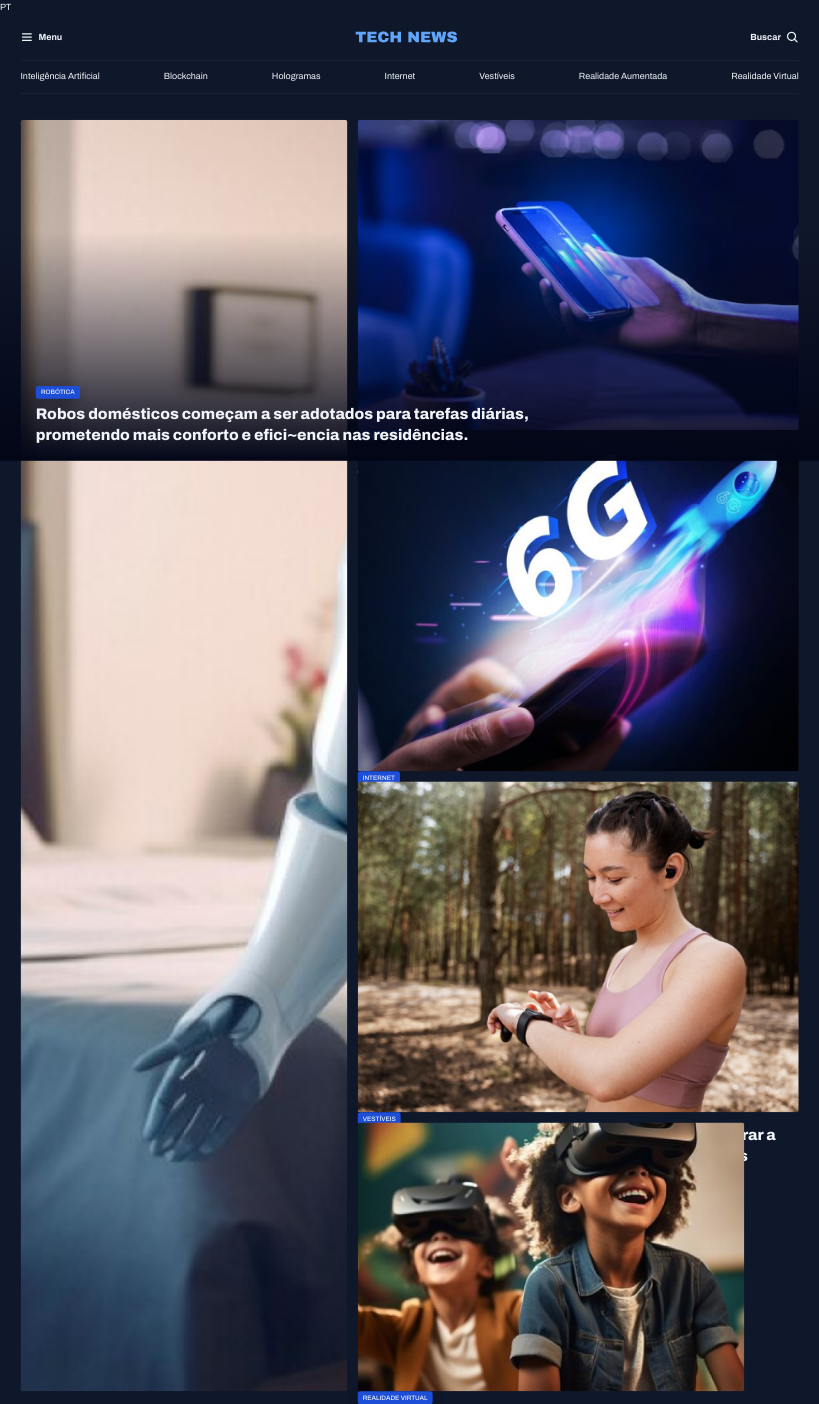
Repository: JeffRodFer/portalDeNoticias
Page: index.html
An editor plug-in stored every save of this project. The page is shown before and after the next save, followed by the edit.
The browser window is 1280 px wide. The pictures show the whole page, at 64% of full size.

Above is the page before, as saved 2025-04-15 22:01:08.

### index.html
PT<!DOCTYPE html>
<html lang="pt-BR">
  <head>
    <link rel="preconnect" href="https://fonts.googleapis.com">
  <link rel="preconnect" href="https://fonts.gstatic.com" crossorigin>
  <meta charset="UTF-8">
  <meta name="viewport" content="width=device-width, initial-scale=1.0">
  <title>Portal de Notícias</title>
  <link rel="stylesheet" href="styles/index.css">

  <link href="https://fonts.googleapis.com/css2?family=Archivo:ital,wght@0,100..900;1,100..900&family=Bree+Serif&family=Poppins:wght@400;700&display=swap" rel="stylesheet">

</head>
<body>
  <header class="container">
    <nav id="primary" class="grid grid-flow-col">
      <div>
        <img src="assets/icons/List.svg" alt="ícone de menu">
        <strong>Menu</strong>
      </div>
        <div>
          <img src="assets/Logo (1).svg" alt="TechNews logo">
        </div>
        <div>
          <strong>Buscar</strong>
          <img src="assets/icons/MagnifyingGlass.svg" alt="ícone de lupa para pesquisa">
        </div>
    </nav>
    <nav id="secondary" class="grid grid-flow-col">
      <a href="#">Inteligência Artificial</a>
      <a href="#">Blockchain</a>
      <a href="#">Hologramas</a>
      <a href="#">Internet</a>
      <a href="#">Vestíveis</a>
      <a href="#">Realidade Aumentada</a>
      <a href="#">Realidade Virtual</a>
    </nav>
  </header>
  <main class="grid container">
    <section id="featured" class="grid grid-flow-col gap-16">
      <figure class="card">
        <img src="assets/images/Image 01.png" alt="">

        <figcaption>
          <span class="content-tag">robótica</span>
          <h2 class="text-2xl">
            Robos domésticos começam a ser adotados para tarefas diárias, <br> prometendo mais conforto e efici~encia nas residências.
          </h2>
        </figcaption>
      </figure>
      <div class="grid grid cols-2 gap-16">
        <figure>
          <img src="assets/images/Image 02.png" alt="Novo Smartphone Projetor 3D chega ao mercado, transformando a forma como vemos as nossas telas!">

          <figcaption>
            <span class="content-tag">Hologramas</span>
            <h2 class="text-2xl">
              Novo Smartphone Projetor 3D chega ao mercado, transformando a forma como vemos as nossas telas!
            </h2>
          </figcaption>
        </figure>
        <figure>
          <img src="assets/images/Image 03.png" alt="">

          <figcaption>
            <span class="content-tag">Internet</span>
            <h2 class="text-2xl">
            Tecnologia 3D chega as metropoles brasileiras, prometendo revolucionar a forma como vivemos e nos comunicamos.
            </h2>
          </figcaption>
      </figure>
        <figure>
          <img src="assets/images/Image 04.png" alt="">

          <figcaption>
            <span class="content-tag">Vestíveis</span>
            <h2 class="text-2xl">
            Empresa lança relógio inteligente capaz de monitorar a saúde mental, oferecendo insights valiosos para os médicos.
            </h2>
          </figcaption>
        </figure>
        <figure>
          <img src="assets/images/Image 05.png" alt="">

          <figcaption>
            <span class="content-tag">Realidade Virtual</span>
            <h2 class="text-2xl">

            </h2>
          </figcaption>
        </figure>
      </div>
    </section>
  </main>
</body>
</html>

### styles/global.css
* {
  margin: 0;
  padding: 0;
  box-sizing: border-box;
}

:root {
  --brand-color-light: #60a5fa ;
  --brand-color-dark: #1d4ed8;
  --bg-color: #0f172a;
  --stroke-color: #1e293b;
  --text-color-primary: #f1f5f9;
  --text-color-secondary: #cbd5e1;

  --font-family: 'Archivo', sans-serif;
  --h1: 800 24px/135% var(--font-family);
  --h2: 800 16px/140% var(--font-family);
  --h3: 800 14px/140% var(--font-family);
  --text-span: 400 16px/140% var(--font-family);
  --text: 400 14px/160% var(--font-family);

}

body {
  font: var(--text);
  color: var(--text-color-primary);
  background-color: var(--bg-color);
}

a {
  text-decoration: none;
  color: inherit;
}

a:hover {
  color: var(--brand-color-light);
}

h1,h2,h3 {
  font:inherit;
}

img {
  max-width: 100%;
}

.container {
  max-width: 1280px;
  padding-inline: 32px;
  margin-inline: auto;
}
main {
  margin-top: 40px ;
}
.content-tag {
  display: inline-block;
  background-color: var(--brand-color-dark);
  padding: 4px 8px;
  border-radius: 4px;
  font: 500 10px/1.2 var(--font-family);
  text-transform: uppercase;
  color: var(--text-color-primary);
  box-shadow: 0px 4px 16px rgba(2, 3, 23, 0.251);
}

### styles/utility.css
/* utility-first */
.grid {
  display: grid;
}
.grid-flow-col {
  grid-auto-flow: column;
}

.grid-cols-2 {
  grid-template-columns: 1fr 1fr;
}

.gap-16 {
  gap: 16px;
}

.text-2xl {
  font: var(--h1);
}
.text-2x {
  font: var(--h2);
}
.text-lg {
  font: var(--h3);
}
.text-sm {
  font: var(--text-sm);
}

### styles/header.css
#primary {
  padding-block: 20px;

  div {
    display: flex;
    align-items: center;
    gap: 8px;
  }

  /* nesting css */
  div:nth-child(2) {
    margin-inline: auto;
}
div:nth-child(3) {
  justify-self: end;
}
}
#secondary {
  padding-block: 14px;
  border: solid 1px var(--stroke-color);
  border-inline: none;
  justify-content: space-between;
}

### styles/sections.css
#featured {
  img {
    height: 100%;
    object-fit: cover;
    border-radius: 4px;
  }
.card {
  border-radius: 4px;
  overflow: hidden;
  object-fit: relative;

  &::before {
   content: "";
   position: absolute;
   inset: 0;
   top: 50%;
   background: linear-gradient(
    180deg,
    transparent 0%,
    #020617 100%
   );
  }
  figcaption {
    position: absolute;
    bottom: 0;

    padding: 24px;

    h2 {
      margin-top: 8px;
    }
  }
}
}

Loaded but not shown: styles/index.css (common file)

After the next save:
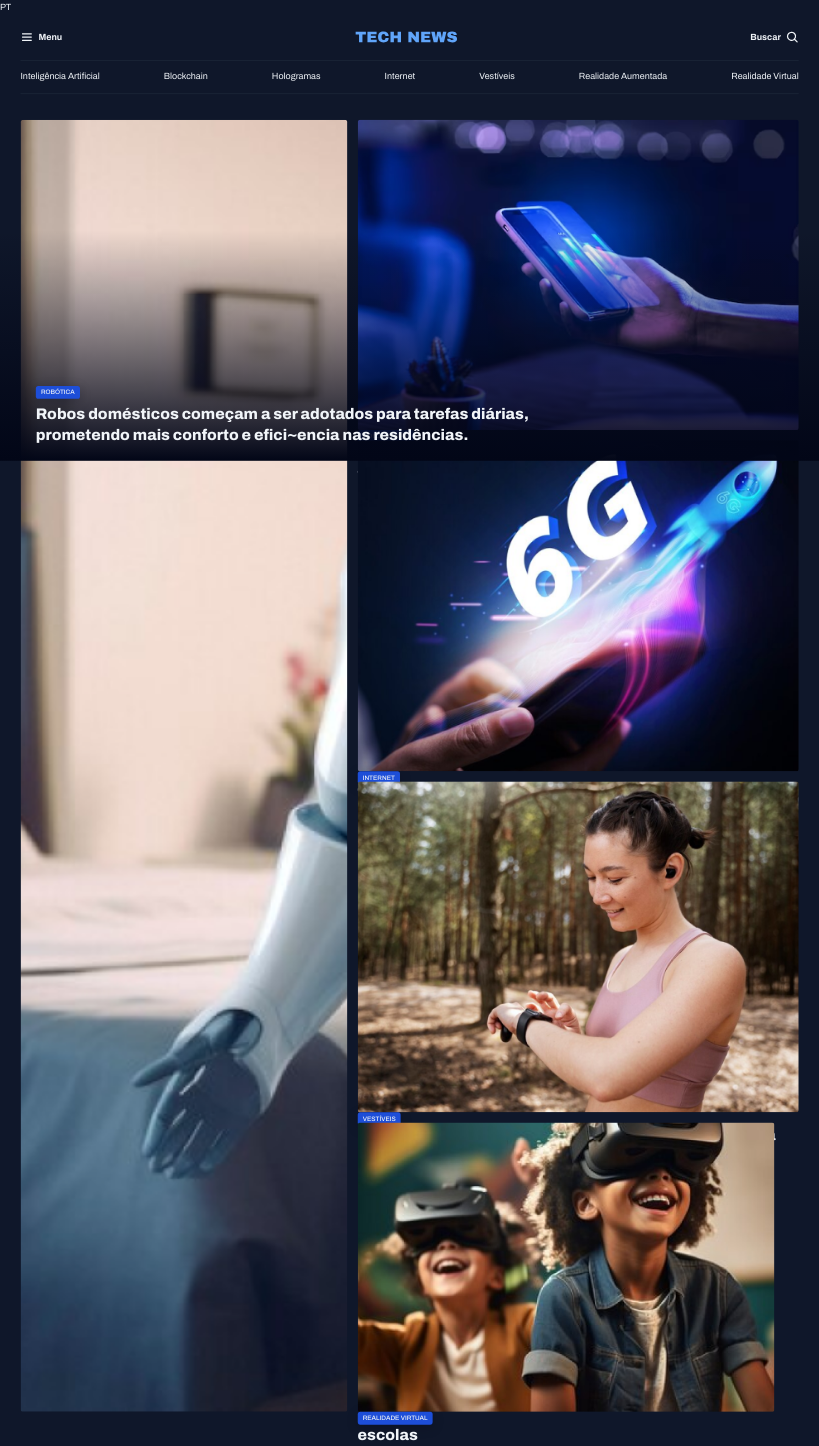
Saved 13 s later.
--- a/index.html
+++ b/index.html
@@ -85,7 +85,7 @@
           <figcaption>
             <span class="content-tag">Realidade Virtual</span>
             <h2 class="text-2xl">
-
+            escolas
             </h2>
           </figcaption>
         </figure>

After the save that followed:
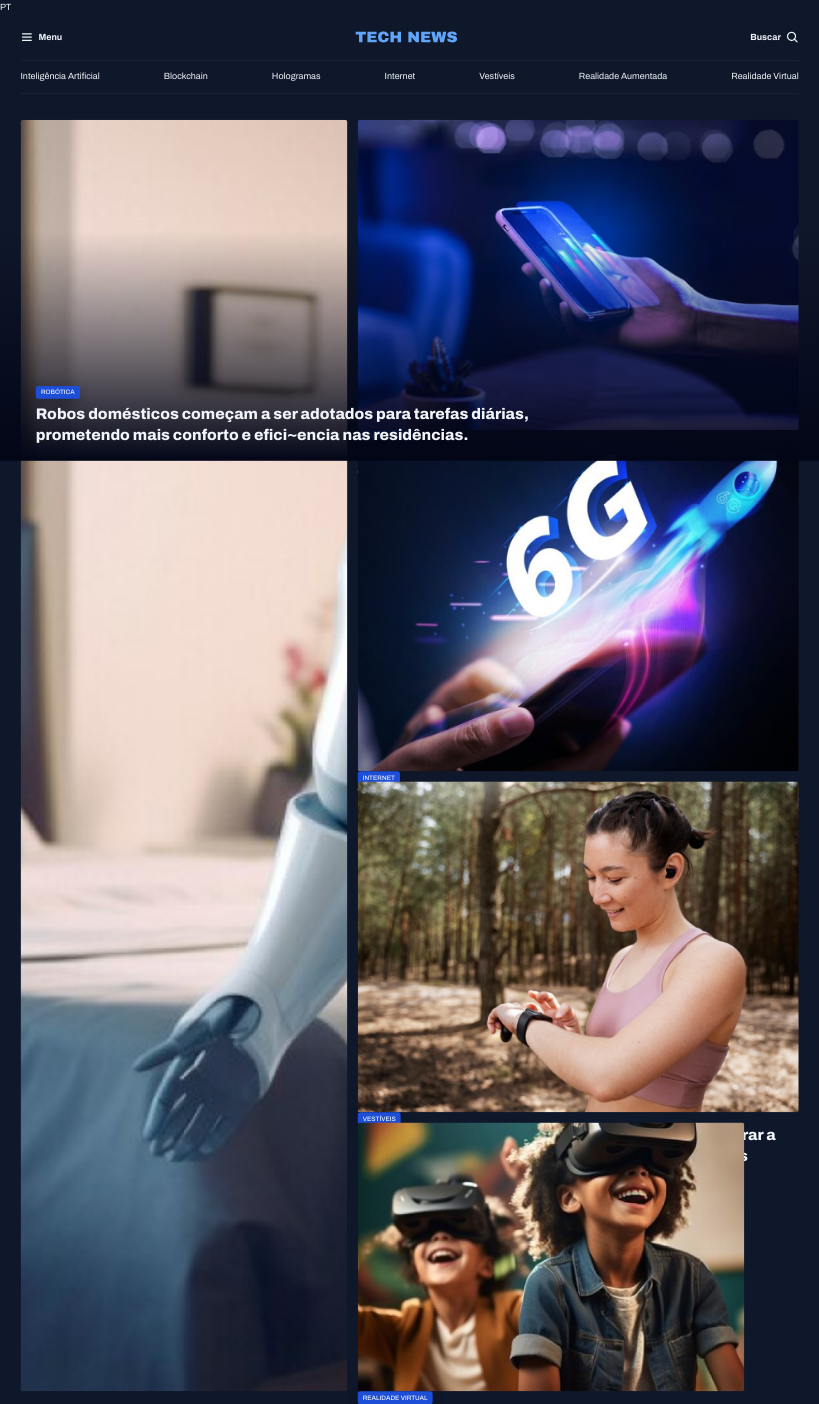
Saved 5 s later.
--- a/index.html
+++ b/index.html
@@ -85,7 +85,7 @@
           <figcaption>
             <span class="content-tag">Realidade Virtual</span>
             <h2 class="text-2xl">
-            escolas
+
             </h2>
           </figcaption>
         </figure>
